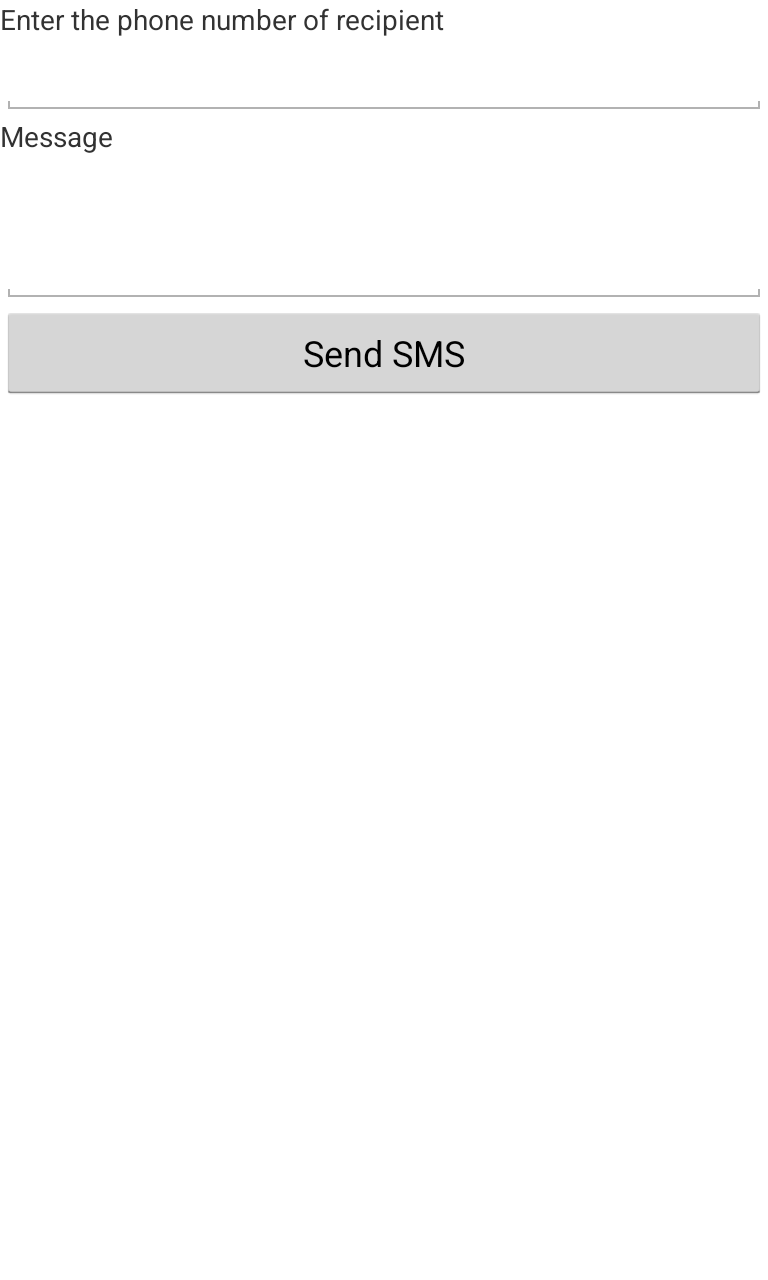
Repository: MunkMunk/SM-BEBapp
Layout: sm-bebapp/res/layout/activity_main.xml
An editor plug-in stored every save of this project. The layout is shown before and after the next save, followed by the edit.
It is drawn on a 768 x 1280 px phone screen (xhdpi) without system bars, with theme AppTheme; the app's code is not run.

Above is the layout before, as saved 2013-03-15 20:50:43.

After the next save:
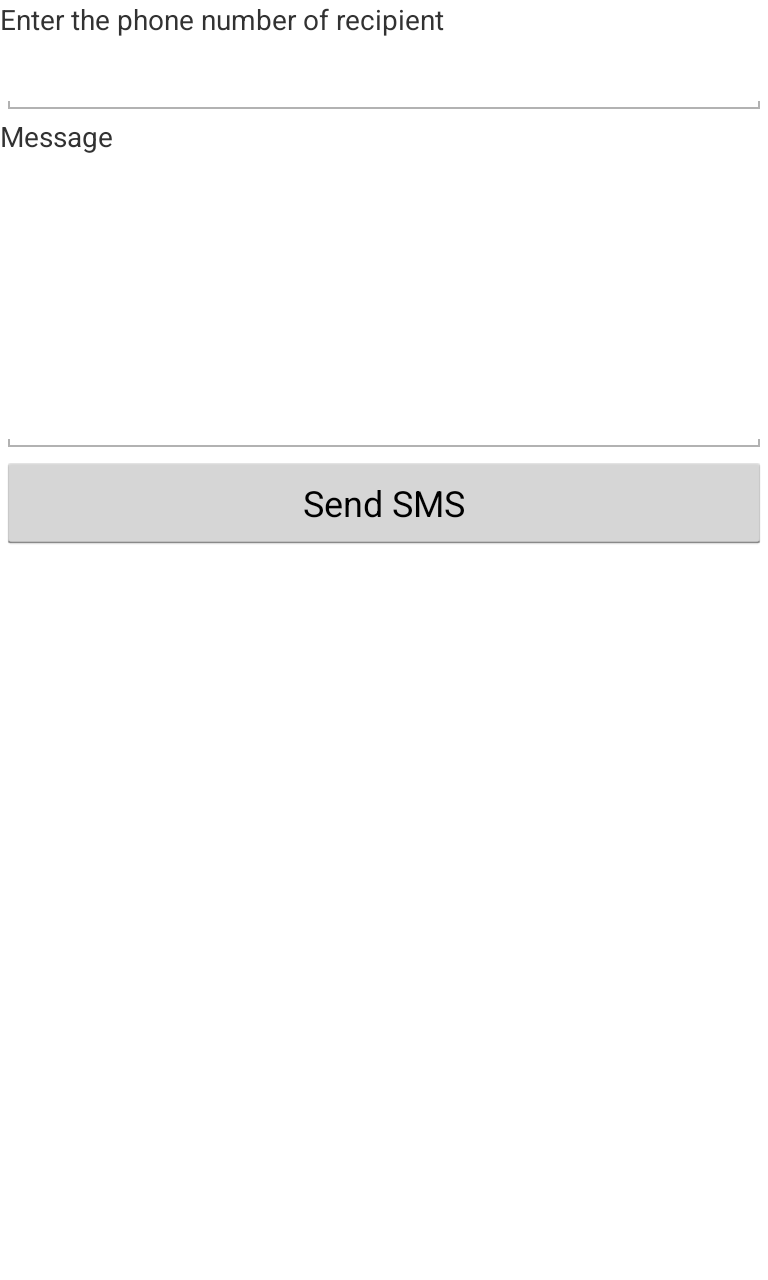
Saved 40 s later.
--- a/sm-bebapp/res/layout/activity_main.xml
+++ b/sm-bebapp/res/layout/activity_main.xml
@@ -38,7 +38,7 @@
     <EditText
         android:id="@+id/txtMessage"
         android:layout_width="fill_parent"
-        android:layout_height="150px"
+        android:layout_height="150dp"
         android:gravity="top"
         />
     <Button

After the save that followed:
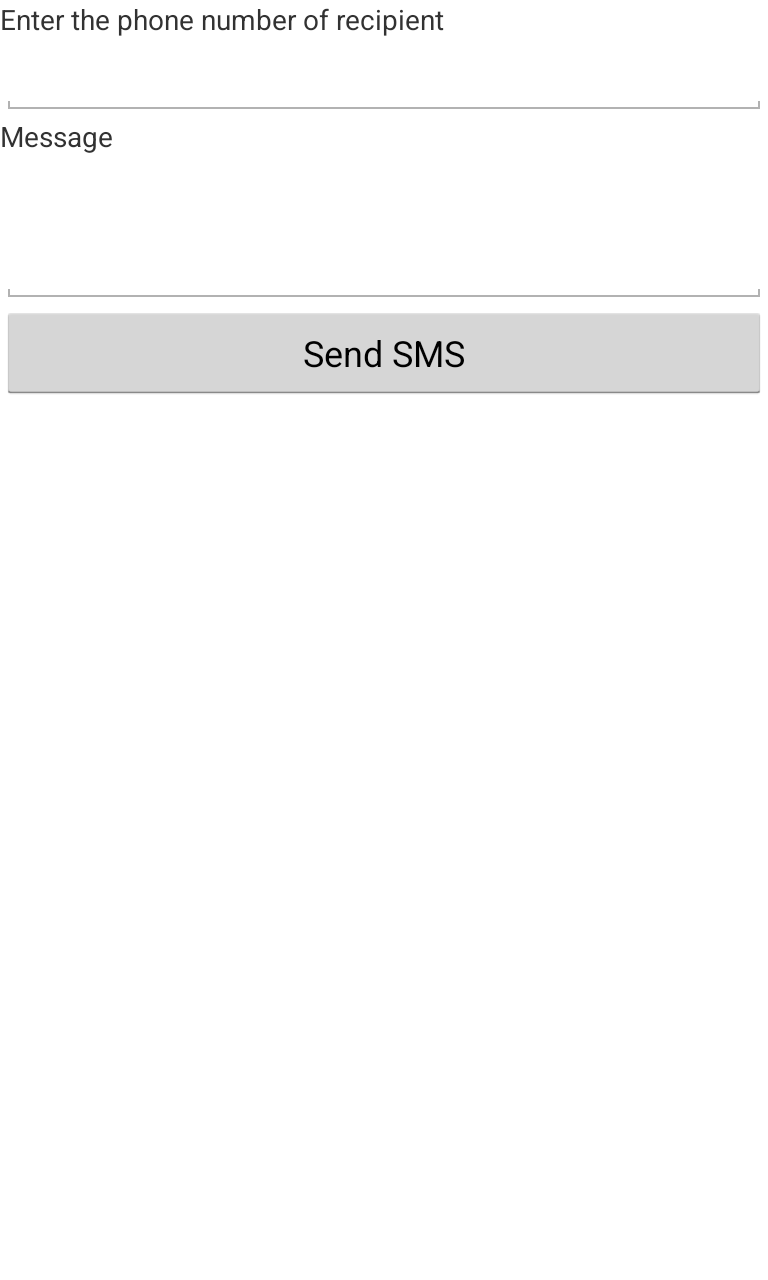
Saved 67 s later.
--- a/sm-bebapp/res/layout/activity_main.xml
+++ b/sm-bebapp/res/layout/activity_main.xml
@@ -38,7 +38,7 @@
     <EditText
         android:id="@+id/txtMessage"
         android:layout_width="fill_parent"
-        android:layout_height="150dp"
+        android:layout_height="150px"
         android:gravity="top"
         />
     <Button
